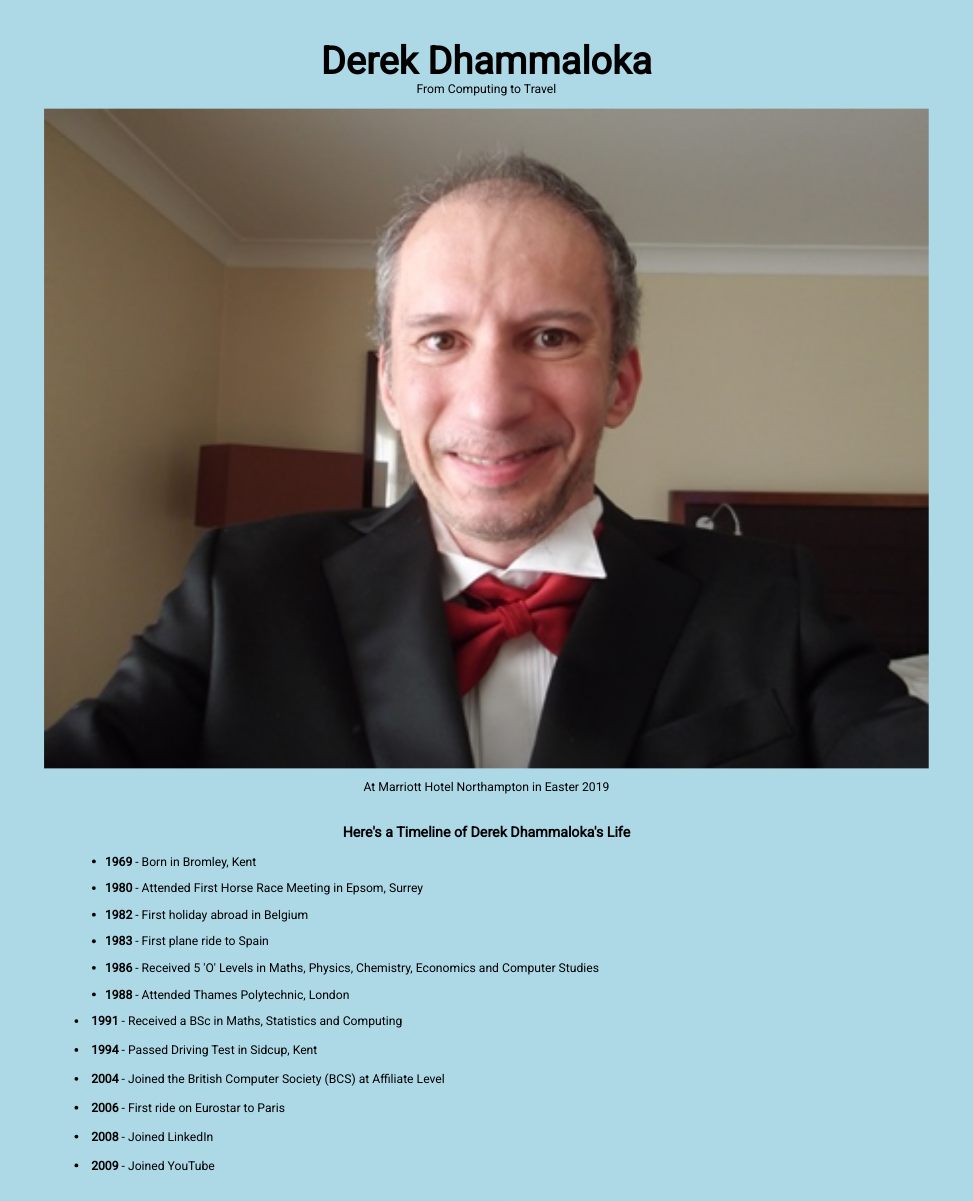
Repository: derektypist/tribute-page
Page: index.html
The author's editor kept a record of every edit. The page is drawn from the files as they stood at one moment, then again after the next edit.
The browser window is 1280 px wide. The pictures show the whole page, at 76% of full size.

Above is the page before.

After the next edit:
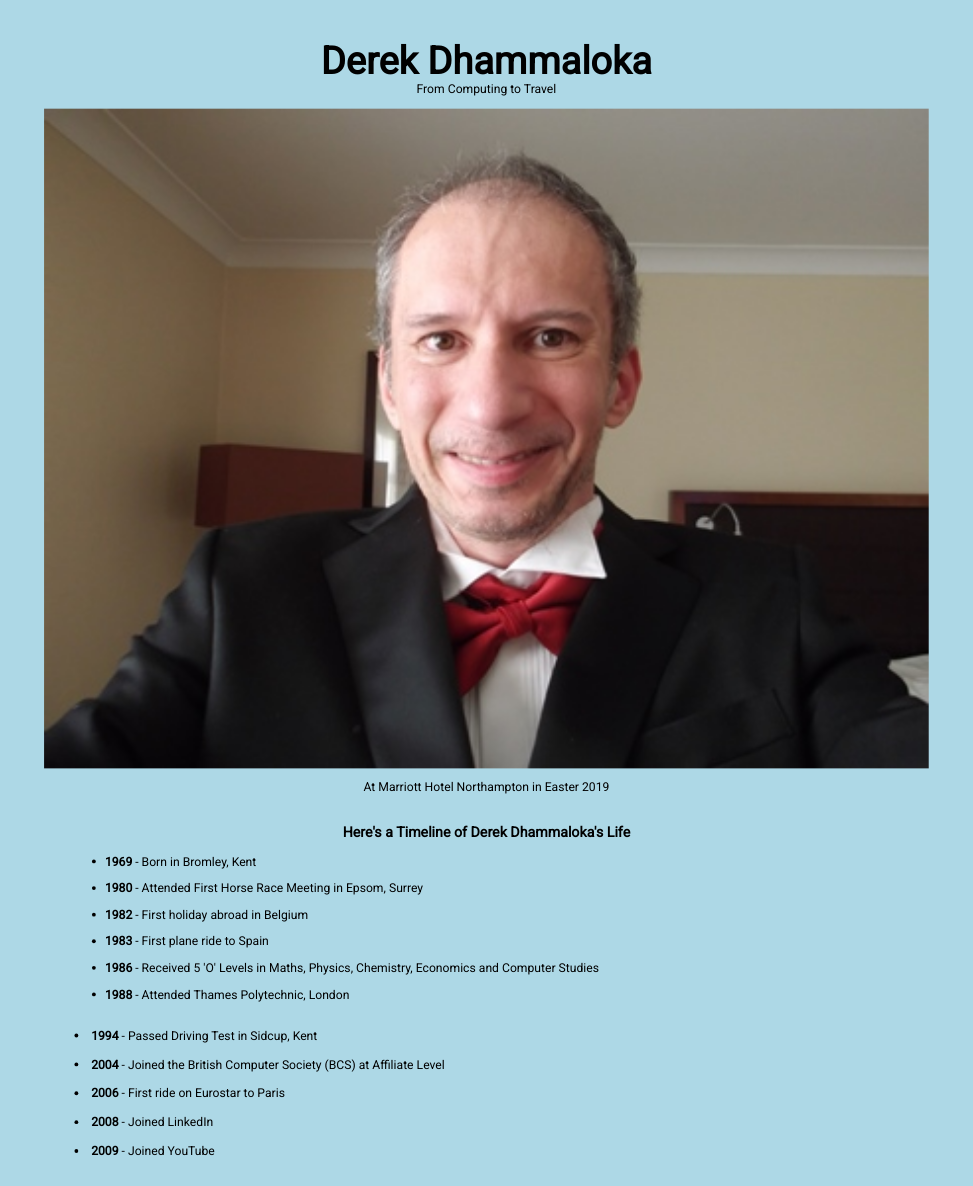
The edit:
--- a/index.html
+++ b/index.html
@@ -109,8 +109,11 @@
                     <li><strong>1988 </strong>- Attended Thames Polytechnic, London</li>
                 </ul>
 
+                <!-- Display Information for 1991 -->
+                <ul>
 
-                <li><strong>1991 </strong>- Received a BSc in Maths, Statistics and Computing</li>
+                </ul>
+
                 <br>
                 <li><strong>1994 </strong>- Passed Driving Test in Sidcup, Kent</li>
                 <br>
